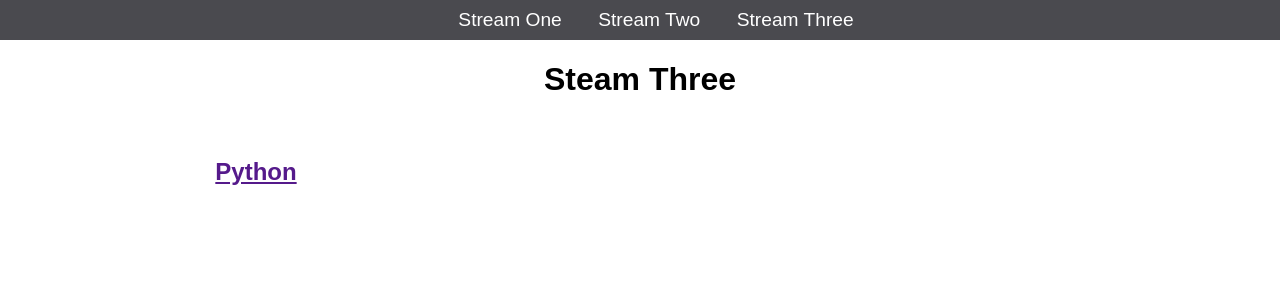
Repository: lisaannbyrne1/my-first-website
Page: stream-three.html
The author's editor kept a record of every edit. The page is drawn from the files as they stood at one moment, then again after the next edit.
The browser window is 1280 px wide. The pictures show the whole page.

Above is the page before.

### stream-three.html
<!DOCTYPE html>
<html>
    <head>
        <title>Hello World</title>
        <link rel="stylesheet" href="css/style.css" type="text/css" />
    </head>
    <body>
        <nav>
            <ul>
                <li><a href="stream-one.html">Stream One</a></li>
                <li><a href="stream-two.html">Stream Two</a></li>
                <li><a href="stream-three.html">Stream Three</a></li>
            </ul>
        </nav>
        <h1>Steam Three</h1>
     <div class="card">
            <a href="">
                <img src=""/>
                <h2>Python</h2>
            </a>
        </div>
    <div class="card">
            <a href="">
                <img src=""/>
                <h2></h2>
            </a>
        </div>
    </body>
</html>

### css/style.css
body{
    margin: 0;
    padding: 0;
    font-family: 'Oswald', sans-serif;
}

nav ul {
    list-style: none;
    background-color: #4a4a4f;
    text-align: center;
    margin: 0;
    padding: 0;
}

nav li {
    font-size: 1.2em;
    line-height: 40px;
    height: 40px;
    display: inline-block;
    margin-left: 2.5%;
}

nav a {
    text-decoration: none;
    color: #ffffff;
    display: block;
}

nav a:hover {
    background-color: #ffffff;
    color: #4a4a4f;
}

.card {
    float: left;
    width: 20%;
    margin-left: 10%;
}

.card a {
    text-align: center;
}

img {
    width: 100%;
}

h1{
    text-align: center;
}

After the next edit:
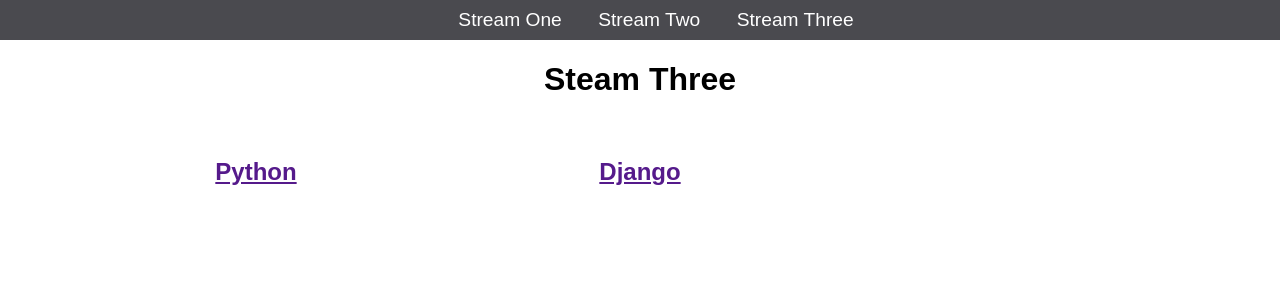
The edit:
--- a/stream-three.html
+++ b/stream-three.html
@@ -22,7 +22,7 @@
     <div class="card">
             <a href="">
                 <img src=""/>
-                <h2></h2>
+                <h2>Django</h2>
             </a>
         </div>
     </body>
